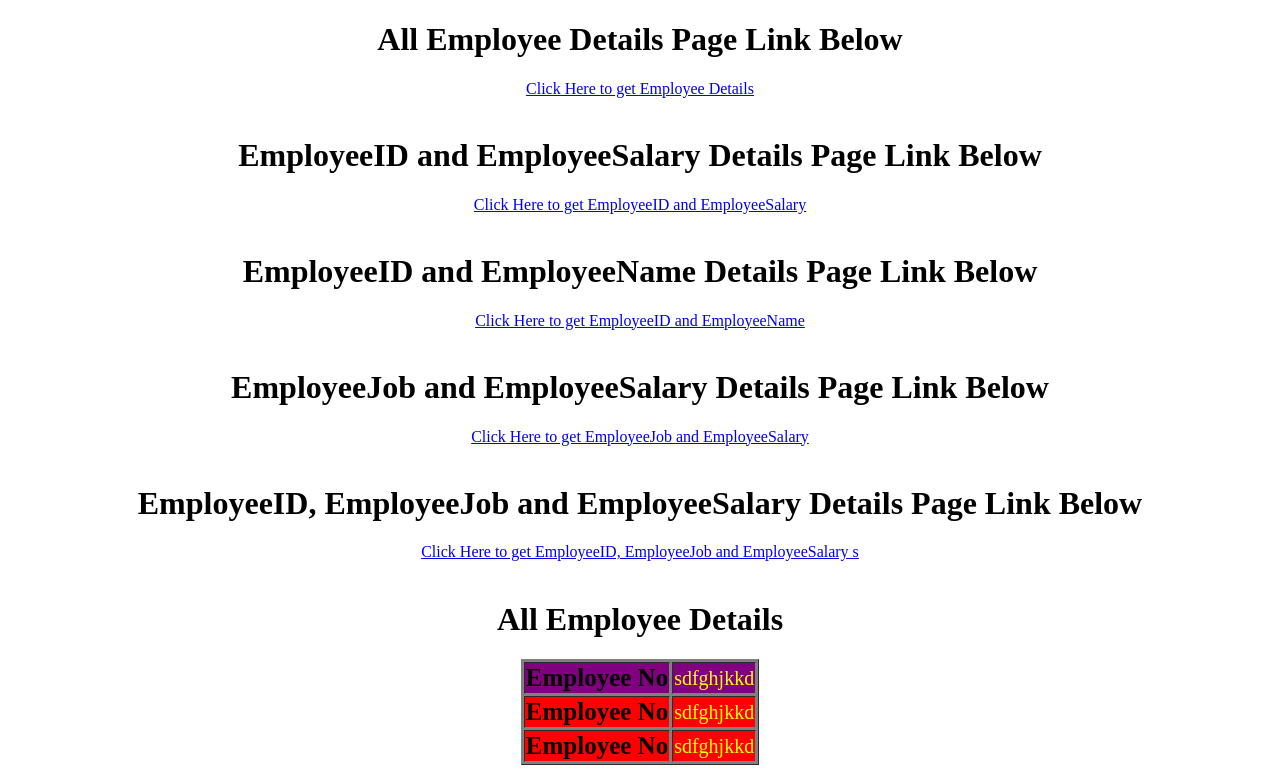
Repository: RhutujaBD/SpringMVCSession
Page: http://localhost/Spring-MVC-JDBCTemplate/WEB-INF/pages/home.jsp
These files come from the project's save history. The page is drawn as it stood at one moment and after the next save; the edit follows.
The browser window is 1280 px wide. The pictures show the whole page.
The page is served by Tomcat 9. Nobody is signed in. The template is opened directly, without the code that normally fills it, so the values that code supplies are empty.

Above is the page before, as saved 2023-03-29 10:56:51.

After the next save:
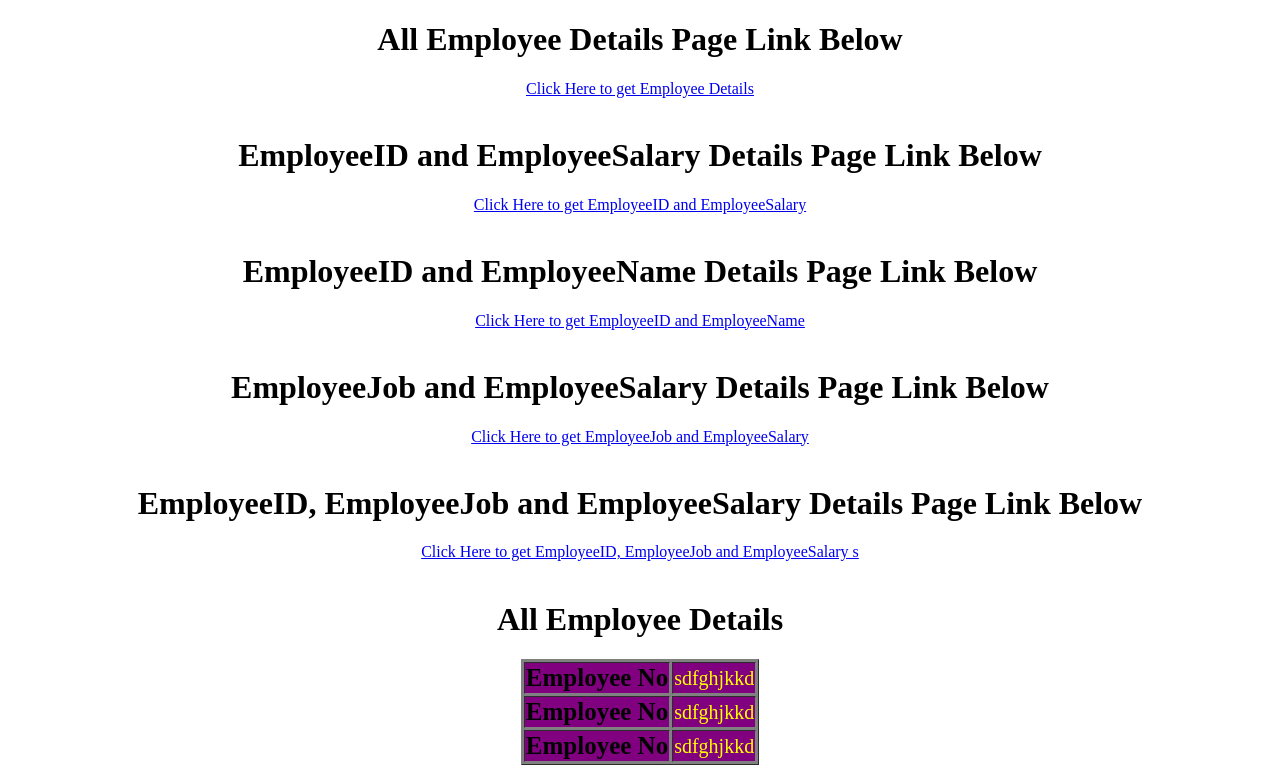
Saved 15 s later.
--- a/Spring-MVC-JDBCTemplate/src/main/webapp/WEB-INF/pages/home.jsp
+++ b/Spring-MVC-JDBCTemplate/src/main/webapp/WEB-INF/pages/home.jsp
@@ -50,14 +50,14 @@
 
 		</tr>
 
-		<tr bgcolor="red" bordercolor="black">
+		<tr bgcolor="purple" bordercolor="black">
 
 			<th>Employee No</th>
 			<td>sdfghjkkd</td>
 
 		</tr>
 
-		<tr bgcolor="red" bordercolor="black">
+		<tr bgcolor="purple" bordercolor="black">
 
 			<th>Employee No</th>
 			<td>sdfghjkkd</td>
